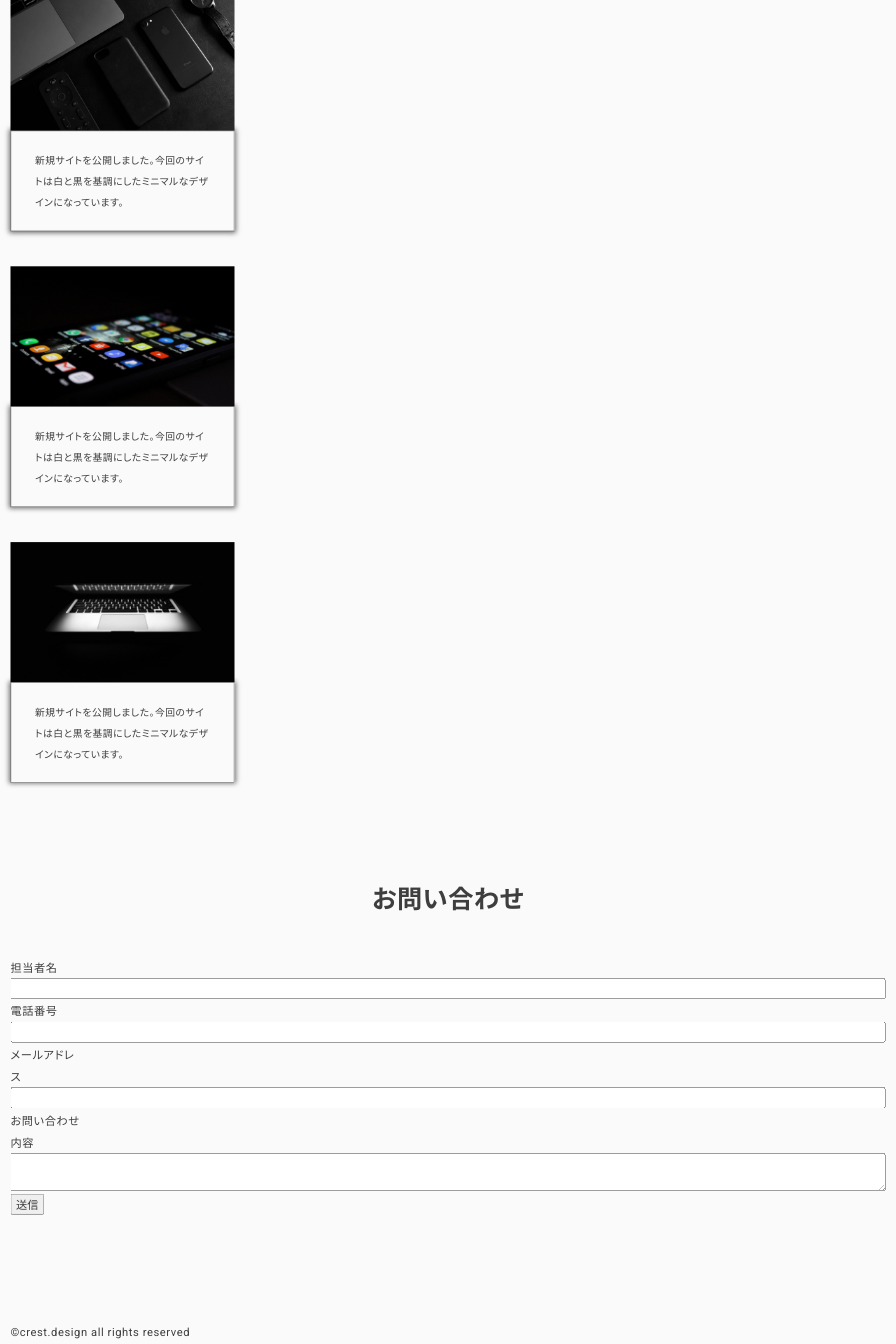
Repository: hatarakimono-kumasan/kurisuta_1st
Page: index.html
An editor plug-in stored every save of this project. The page is shown before and after the next save, followed by the edit.
The browser window is 1280 px wide. The pictures show the part of the page from y = 3828 to 5748 px (the page is 5748 px tall before and 5676 px after), at 70% of full size.
Some web libraries are served in a nearby version. The style sheet was rebuilt from its Sass, Less or Tailwind sources for each picture, by a compiler version that may differ from the author's.

Above is the page before, as saved 2020-05-15 11:51:24.

### index.html
<!DOCTYPE html>
<html lang="ja">
	<head>
		<meta charset="UTF-8" />
		<meta name="viewport" content="width=device-width, initial-scale=1.0" />
		<meta http-equiv="X-UA-Compatible" content="ie=edge" />
		<title>Cresta.design</title>
		<meta name="keywords" content="カンマ区切りで10個以内推奨" />
		<meta name="description" content="120文字以内" />
		<meta property="og:title" content="このページのタイトル" />
		<meta property="og:type" content="TOPページはwebsite、子ページはarticle" />
		<meta property="og:url" content="このページのURL" />
		<meta property="og:image" content="1200×630以上推奨、絶対パスで指定" />
		<meta property="og:site_name" content="サイト名" />
		<meta property="og:description" content="80〜90文字推奨" />
		<meta name="twitter:card" content="summary or summary_large_image" />
		<meta name="twitter:site" content="@ユーザー名" />
		<meta name="format-detection" content="telephone=no" />
		<!-- <link rel="shortcut icon" sizes="16x16" href="ファビコン" />
		<link rel="apple-touch-icon" sizes="192x192" href="タッチアイコン" />
		<link rel="shortcut icon" sizes="192x192" href="タッチアイコン" /> -->
		<meta name="last-modified" content="Sun, 29 Dec 2019 20:30:30 GMT" />
		<link
			href="https://use.fontawesome.com/releases/v5.6.1/css/all.css"
			rel="stylesheet"
		/>
		<link rel="stylesheet" href="style.css" />
		<script
			src="https://code.jquery.com/jquery-3.4.1.min.js"
			integrity="sha256-CSXorXvZcTkaix6Yvo6HppcZGetbYMGWSFlBw8HfCJo="
			crossorigin="anonymous"
		></script>
	</head>
	<body>
		<!-- header -->
		<header class="header">
			<h1 class="site-title"><a href="./">クリ★スタ</a></h1>
			<div class="nav-wrapper">
				<nav class="header-nav">
					<ul class="nav-list" lang="en">
						<li class="nav-contact_item"><a href="#about">About</a></li>
						<li class="nav-contact_item"><a href="#service">Service</a></li>
						<li class="nav-contact_item"><a href="#news">News</a></li>
						<li class="nav-contact_item"><a href="#contact">Contact</a></li>
					</ul>
				</nav>
			</div>
			<button class="burger-btn">
				<span class="bars">
					<span class="bar bar_top"></span>
					<span class="bar bar_mid"></span>
					<span class="bar bar_bottom"></span>
				</span>
			</button>
		</header>
		<!-- //header -->

		<!--first view-->
		<div class="first_view">
			<img src="img/fv-bgi_sp@2x.jpg" alt="サイトイメージ" />
			<p>Cresta Design.</p>
		</div>
		<!--//first view-->

		<main>
			<!--about-->
			<section class="about" id="about">
				<h2 lang="en">About</h2>
				<h3>
					ミニマルで<br />
					洗練されたデザインを。
				</h3>
				<p>
					近年、ミニマルなデザインが流行しています。そこで弊社では、クライアント企業様新規サービス等の課題に対してミニマルで洗練されたデザインを実現させることで解決のサポートを致します。もちろん全てのサービスにおいてミニマルなデザインが課題解決になるわけではないので、課題や今後のサービスの展開等しっかりとヒアリングを行なった上でご提案させて頂きます。
				</p>
			</section>
			<!--//about-->

			<!--service-->
			<section class="service" id="service">
				<h2 lang="en">Service</h2>
				<h3>リリース時のサポートで サービスのブランディングを</h3>
				<p>
					弊社では、リリース時もサポートさせて頂きます。プレスリリース用のサイトや動画制作を通して、サービスのブランディングを行わせて頂きます。
				</p>
				<img src="/img/service-image@2x.jpg" alt="サービス" />
				<h3>リリース後のサポートで 効果を最大化させる</h3>
				<p>
					弊社では、リリース後もサポートさせて頂きます。サービスはリリース後に様々な課題にぶつかります。そこでクライアント様と一緒に改善を行うことで、デザインの効果を最大化させます。
				</p>
				<img src="/img/service-image02@2x.jpg" alt="サービス" />
			</section>
			<!--//service-->

			<!--news-->
			<section class="news" id="news">
				<h2 lang="en">News</h2>
				<div class="news_card_wrapper">
					<div class="news_card">
						<img
							class="card-img"
							src="img/card-image1@2x.jpg"
							alt="newsイメージ"
						/>
						<div class="card-content">
							<p class="card-text">
								新規サイトを公開しました。今回のサイトは白と黒を基調にしたミニマルなデザインになっています。
							</p>
						</div>
						<!--//card-content-->
					</div>
					<!--//news_card-->
					<div class="news_card">
						<img
							class="card-img"
							src="img/card-image2@2x.jpg"
							alt="newsイメージ"
						/>
						<div class="card-content">
							<p class="card-text">
								新規サイトを公開しました。今回のサイトは白と黒を基調にしたミニマルなデザインになっています。
							</p>
						</div>
						<!--//card-content-->
					</div>
					<!--//news_card-->
					<div class="news_card">
						<img
							class="card-img"
							src="img/card-image3@2x.jpg"
							alt="newsイメージ"
						/>
						<div class="card-content">
							<p class="card-text">
								新規サイトを公開しました。今回のサイトは白と黒を基調にしたミニマルなデザインになっています。
							</p>
						</div>
						<!--//card-content-->
					</div>
					<!--//news_card-->
				</div>
				<!--//news_card_wrapper-->
			</section>
			<!--//news-->

			<!--contact-->
			<section class="contact" id="contact">
				<h2>お問い合わせ</h2>
				<form>
					<div class="contact_item">
						<label class="label">担当者名</label>
						<input class="inputs" type="text" name="name" />
					</div>

					<div class="contact_item">
						<label class="label">電話番号</label>
						<input class="inputs" type="tel" name="telephone" />
					</div>

					<div class="contact_item">
						<label class="label">メールアドレス</label>
						<input class="inputs" type="email" name="email" />
					</div>

					<div class="contact_item">
						<label class="label">お問い合わせ内容</label>
						<textarea class="inputs"></textarea>
					</div>

					<div class="btn-area">
						<input type="submit" value="送信" />
					</div>
				</form>
			</section>
			<!--//contact-->

			<!--footer-->
			<footer>
				<small lang="en" class="copy_right"
					>&copy;crest.design all rights reserved</small
				>
			</footer>
			<!--//footer-->
		</main>
		<script src="drawer.js"></script>
	</body>
</html>

### drawer.js
$(".burger-btn").on("click", function () {
	//.btn_triggerをクリックすると
	$(".burger-btn").toggleClass("close"); //.btn_triggerにcloseクラスを付与(ボタンのアニメーション)
	$(".nav-wrapper").fadeToggle(500); //.nav-wrapperが0.5秒でフェードイン(メニューのフェードイン)
	$("body").toggleClass("noscroll"); //bodyにnoscrollクラスを付与(スクロールを固定)
});

if ($(window).width() < 768) {
	//デバイスの幅が768以下のとき
	$(".nav-item>a").on("click", function () {
		//.nav-item>aをクリックすると
		$(".nav-wrapper").fadeOut(500); //.nav-wrapperが0.5秒でフェードアウト(メニューのフェードアウト)
		$(".burger-btn").removeClass("close"); //.btn_triggerのcloseクラスを削除
		$("body").removeClass("noscroll"); //bodyのnoscrollクラスを削除
	});
}

### style.scss
/* ======================================
Foundation
====================================== */

@import "scss/foundation/reset";
@import "scss/foundation/mixin";
@import "scss/foundation/settings";
@import "scss/foundation/base";

/* ======================================
Layout
====================================== */

@import "scss/layout/header";
// @import 'layout/nav';
@import "scss/layout/main";
// @import 'layout/footer';

/* ======================================
Object
====================================== */

/**
Component
----------------------------------- */

// @import 'object/component/';

/**
Project
----------------------------------- */

// @import 'object/project/';

/**
Utility
----------------------------------- */
// @import 'object/utility/';

### scss/foundation/_reset.scss
html,
body,
div,
span,
object,
iframe,
h1,
h2,
h3,
h4,
h5,
h6,
p,
blockquote,
pre,
abbr,
address,
cite,
code,
del,
dfn,
em,
img,
ins,
kbd,
q,
samp,
small,
strong,
sub,
sup,
var,
b,
i,
dl,
dt,
dd,
ol,
ul,
li,
fieldset,
form,
label,
legend,
table,
caption,
tbody,
tfoot,
thead,
tr,
th,
td,
article,
aside,
canvas,
details,
figcaption,
figure,
footer,
header,
hgroup,
menu,
nav,
section,
summary,
time,
mark,
audio,
video {
	margin: 0;
	padding: 0;
	border: 0;
	outline: 0;
	font-size: 100%;
	vertical-align: baseline;
	background: transparent;
}
body {
	line-height: 1;
}
article,
aside,
details,
figcaption,
figure,
footer,
header,
hgroup,
menu,
nav,
section,
main {
	display: block;
}
ol,
ul {
	list-style: none;
}
blockquote,
q {
	quotes: none;
}
blockquote:before,
blockquote:after,
q:before,
q:after {
	content: "";
	content: none;
}
a {
	margin: 0;
	padding: 0;
	font-size: 100%;
	vertical-align: baseline;
	background: transparent;
}
ins {
	background-color: #ff9;
	color: #333;
	text-decoration: none;
}
mark {
	background-color: #ff9;
	color: #333;
	font-style: italic;
	font-weight: bold;
}
del {
	text-decoration: line-through;
}
abbr[title],
dfn[title] {
	border-bottom: 1px dotted;
	cursor: help;
}
table {
	border-collapse: collapse;
	border-spacing: 0;
}
hr {
	display: block;
	height: 1px;
	border: 0;
	border-top: 1px solid #cccccc;
	margin: 1em 0;
	padding: 0;
}
input,
select {
	vertical-align: middle;
}

### scss/foundation/_mixin.scss
/*================================================= mixin (mobile to pc)
=================================================*/
$tab: 768px;
$lap: 1024px;
$pc: 1200px;

@mixin tab {
	@media screen and (min-width: ($tab)) {
		@content;
	}
}

@mixin lap {
	@media screen and (min-width: ($lap)) {
		@content;
	}
}

@mixin pc {
	@media screen and (min-width: ($pc)) {
		@content;
	}
}

/*================================================= トラッキング(letter-spacing)のmixin
=================================================*/
@mixin tracking($tracking) {
	letter-spacing: ($tracking / 1000) + em;
}

// 利用するとき
//   p {
//    @include tracking(16);
//   }

### scss/foundation/_settings.scss
/*
font
------------------------------------------*/
@import url("https://fonts.googleapis.com/css2?family=Roboto:wght@400;700&display=swap");
@import url("https://fonts.googleapis.com/css2?family=Noto+Sans+JP:wght@700&display=swap");
body {
	font-family: Roboto, "Noto Sans JP", 游ゴシック, "Yu Gothic", 游ゴシック体,
		YuGothic, "ヒラギノ角ゴ Pro W3", "Hiragino Kaku Gothic Pro", "Meiryo UI",
		メイリオ, Meiryo, sans-serif;
	font-size: medium;
	letter-spacing: 0.05em;
	word-break: break-all;
}
h1,
h2,
h3,
h4,
h5,
strong {
	font-weight: bold;
}
/*和文と英文でfontを分ける
-----------------------------------------------------------------*/
/*(和文)*/
:lang(ja) {
	font-family: "Noto Sans JP", sans-serif, "Font Awesome 5 Brands";
	color: #3e3e3e;
}
/*（英文）*/
:lang(en) {
	font-family: Roboto, sans-serif;
	color: #3e3e3e;
}

/*フォントサイズ
https://websemantics.uk/tools/responsive-font-calculator/
-------------------------------------------------*/
html {
	font-size: 62.5%;
}
body {
	font-size: 1.6rem; /* 16px*/
	line-height: 2;
}
h1 {
	font-size: 26px; /* IE8以下とAndroid4.3以下用フォールバック */
	font-size: 2.6rem;
	line-height: calc(24 / 36);
	font-family: Roboto;
}
h2 {
	font-size: 36px; /* IE8以下とAndroid4.3以下用フォールバック */
	font-size: 3.6rem;
	line-height: calc(24 / 36);
	text-align: center;
}
h3 {
	font-size: 20px; /* IE8以下とAndroid4.3以下用フォールバック */
	font-size: 2rem;
	line-height: calc(40 / 20);
}
p {
	font-size: 14px; /* IE8以下とAndroid4.3以下用フォールバック */
	font-size: 1.4rem;
	line-height: calc(30 / 14);
	@include tracking(50);
}

### scss/foundation/_base.scss
/*
Base
---------------------------------------------- */
html {
	box-sizing: border-box;
	height: 100%;
}
body {
	height: 100%;
	font-feature-settings: "palt";
	color: #0d0d0d;
	background-color: #fafafa;
}
img {
	max-width: 100%;
	height: auto;
	vertical-align: bottom;
}
a {
	color: inherit;
}
input,
textarea {
	font-family: inherit;
	font-size: 100%;
}

### scss/layout/_header.scss
// body {
// 	color: #141414;
// 	font-size: 1.4rem;
// 	line-height: 1.8;
// 	letter-spacing: 0.05em;

// 	font-family: "Roboto", sans-serif, "Noto Sans JP", sans-serif;
// }
.noscroll {
	overflow: hidden;
}
/* img {
	width: 100%;
	vertical-align: bottom;
} */
a {
	text-decoration: none;
	color: #fff;
}
// .section-title {
// 	font-size: 3.6rem;
// 	font-weight: bold;
// 	text-align: center;
// 	letter-spacing: 0.05em;
// 	margin-bottom: 70px;
// }
// h3 {
// 	font-size: 2.4rem;
// 	font-weight: bold;
// 	line-height: 2;
// 	letter-spacing: 0.1em;
// 	margin-bottom: 40px;
// }
// .section-wrapper {
// 	padding: 100px 10% 50px;
// }

/* ------------------ */
/* header */
/* ------------------ */
.header {
	background-color: #1b1310;
	color: #fff;
	height: 74px;
	display: flex;
	justify-content: space-between;
	align-items: center;
	padding: 0 120px;
	border-bottom: 1px solid #fff;
}
.nav-list {
	/* navの横並び */
	display: flex;
}
.nav-item {
	/* メニューの右側に余白 */
	margin-right: 55px;
}
.burger-btn {
	display: none;
}

@media screen and (max-width: 768px) {
	/* ----------------------- */
	/* base_sp
/* ----------------------- */

	// h3 {
	// 	font-size: 2rem;
	// 	margin-bottom: 30px;
	// }
	// .section-wrapper {
	// 	padding: 100px 5% 50px;
	// }
	/* ------------------ */
	/* humberger-menu */
	/* ------------------ */
	.header {
		padding: 0 5%;
	}
	.burger-btn {
		display: block;
		width: 39px;
		height: 39px;
		position: relative;
		z-index: 3;
		/*   codepenの挙動のため */
		background-color: transparent;
		border: none;
	}
	.bar {
		width: 20px;
		height: 1px;
		display: block;
		position: absolute;
		left: 50%;
		transform: translateX(-50%);
		background-color: #fff;
	}
	.bar_top {
		top: 10px;
	}
	.bar_mid {
		top: 50%;
		transform: translate(-50%, -50%);
	}
	.bar_bottom {
		bottom: 10px;
	}
	.burger-btn.close .bar_top {
		transform: translate(-50%, 10px) rotate(45deg);
		transition: transform 0.3s;
	}
	.burger-btn.close .bar_mid {
		opacity: 0;
		transition: opacity 0.3s;
	}
	.burger-btn.close .bar_bottom {
		transform: translate(-50%, -8px) rotate(-45deg);
		transition: transform 0.3s;
	}
	.nav-wrapper {
		display: none;
		width: 100vw;
		height: 100vh;
		position: fixed;
		top: 0;
		left: 0;
		z-index: 2; /*キービジュアルと.btn_triggerとの重なりの前後関係を調整*/
	}
	.header-nav {
		width: 100%;
		height: 100%;
		background-color: #1b1310;
		z-index: 2;
	}
	.header-nav .nav-list {
		display: block;
		position: absolute;
		top: 50%;
		left: 50%;
		transform: translate(-50%, -50%);
		text-align: center;
	}
	.header-nav .nav-item {
		margin-right: 0;
		margin-bottom: 40px;
	}
}

### scss/layout/_main.scss
/*=======================================
first view
=========================================*/
.first_view {
	width: 100%;
	position: relative;

	img {
		min-width: 100%;
	}
	p {
		width: 300px;
		height: 100px;
		border: #fff 2px solid;
		color: #fff;
		position: absolute;
		transform: translateY(-50%);
		font-size: 3rem;
		top: 50%;
		left: 50%;
		text-align: center;
		transform: translate(-50%, -50%);
		line-height: 100px;
	}
}

/*=============================================
all
===============================================*/
main {
	width: calc(100% - 30px);
	margin: auto;
	margin-top: 10rem;
	margin-bottom: 5rem;
}
.about,
.service,
.news,
.contact {
	width: 100%;
	margin-bottom: 15rem;
	h2 {
		margin-bottom: 7.3rem;
	}
	h3 {
		margin-bottom: 3.1rem;
	}
}

/*=============================================
about
===============================================*/

/*=============================================
service
===============================================*/
.service {
	img {
		margin: 4rem 0 5.1rem;
	}
}

/*=============================================
news
===============================================*/
.news {
	.news_card_wrapper {
		.news_card {
			width: 32rem;
			margin-bottom: 5rem;

			.card-content {
				border: 1px solid #707070;
				box-shadow: 0px 0px 7px 2px #707070;

				p {
					margin: 2.6rem 3.4rem;
				}
			}
		}
	}
}

/*=============================================
contact
===============================================*/
.contact {
	form {
		.contact_item {
			display: flex;
			flex-direction: column;
			.label {
				width: 100px;
			}
		}
	}
}

After the next save:
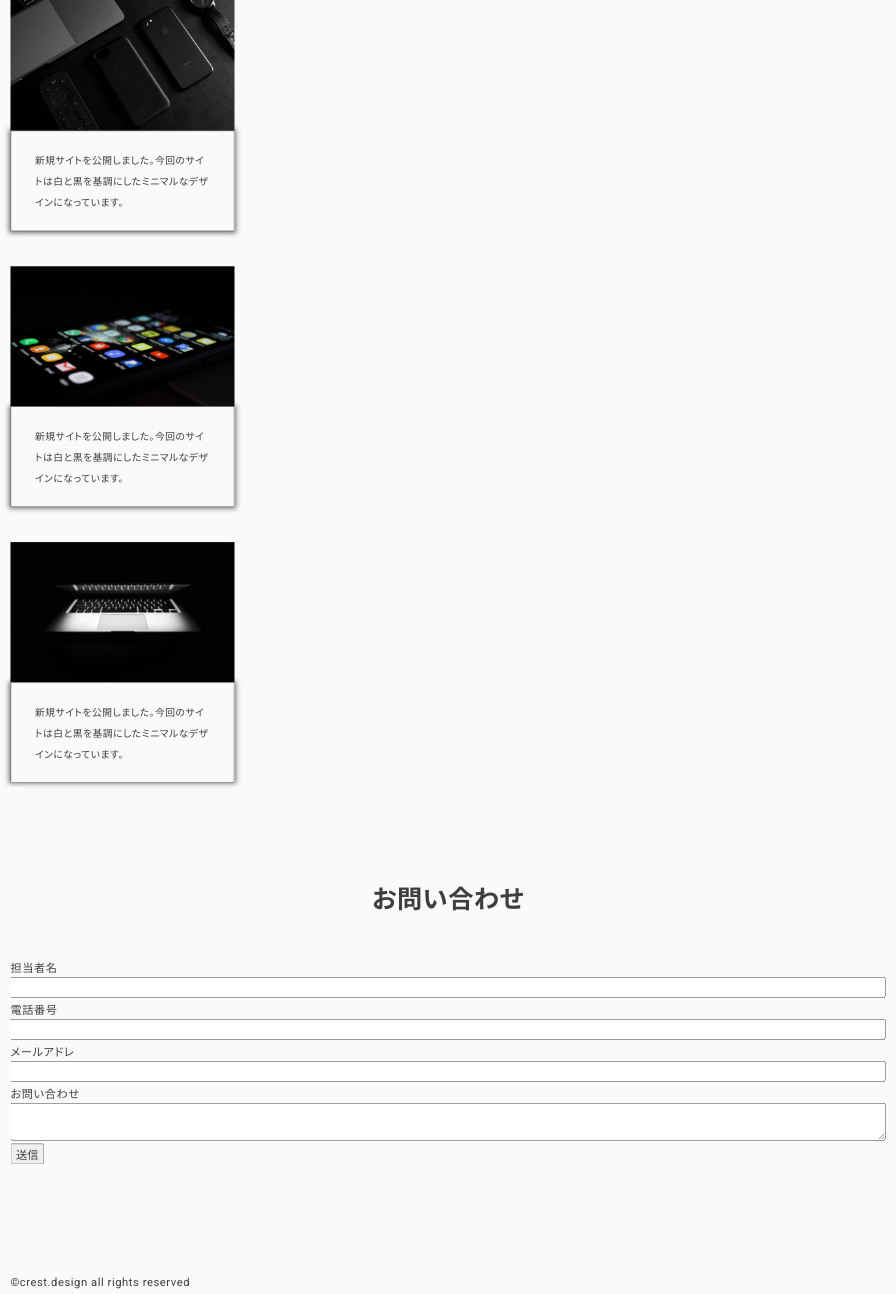
Saved 40 s later.
--- a/scss/layout/_main.scss
+++ b/scss/layout/_main.scss
@@ -91,6 +91,7 @@ contact
 			flex-direction: column;
 			.label {
 				width: 100px;
+				height: 30px;
 			}
 		}
 	}
